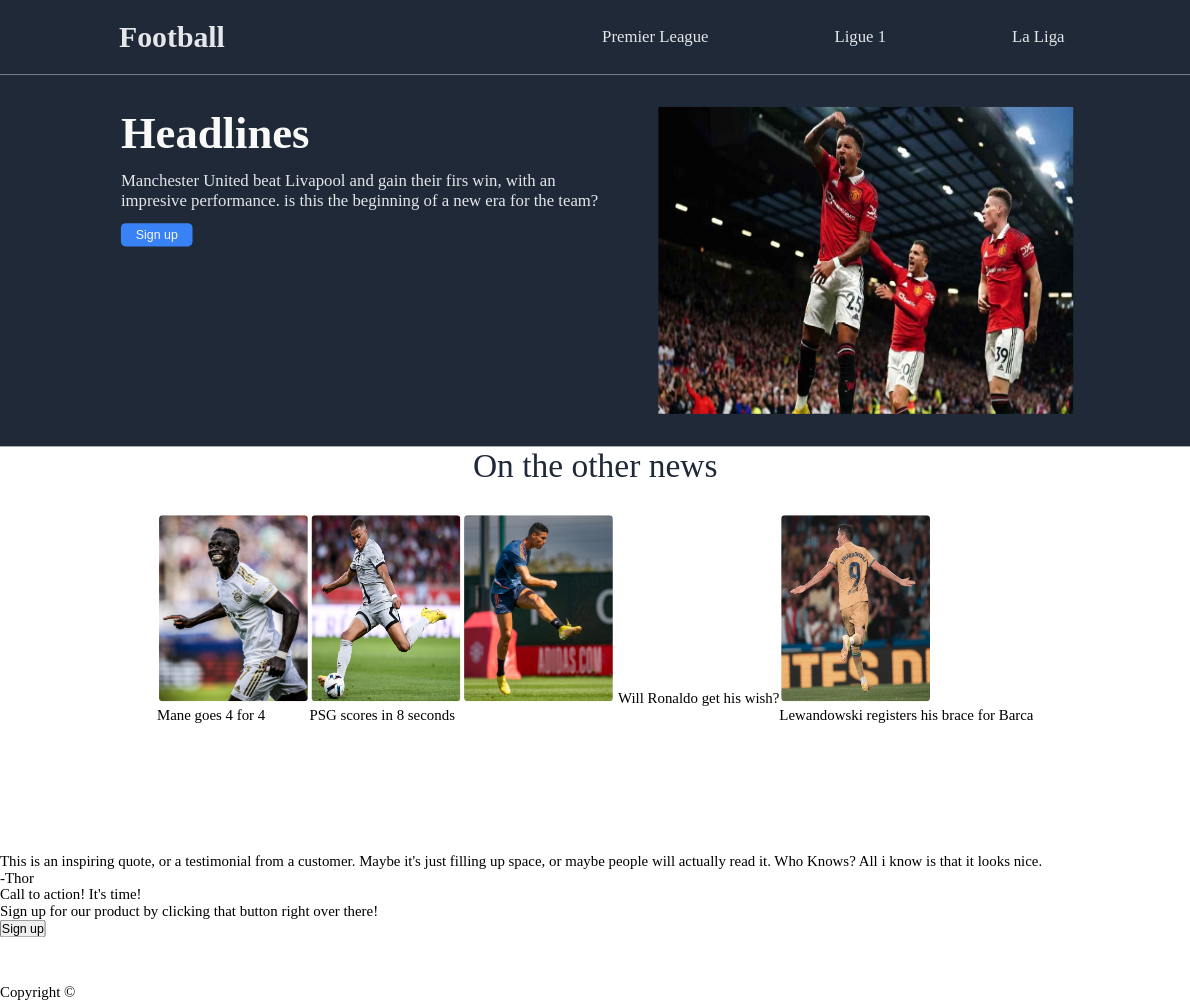
Repository: MhlengiNgubane/Brainnest_CSS
Page: index.html
An editor plug-in stored every save of this project. The page is shown before and after the next save, followed by the edit.
The browser window is 1280 px wide. The pictures show the whole page, at 93% of full size.

Above is the page before, as saved 2022-08-28 00:18:51.

### index.html
<!DOCTYPE html>
<html lang="en">
<head>
    <meta charset="UTF-8">
    <meta http-equiv="X-UA-Compatible" content="IE=edge">
    <meta name="viewport" content="width=device-width, initial-scale=1.0">
    <title>Home</title>

    <link rel="stylesheet" href="./css/style.css">
</head>
<body>
    <header class="logo-links">
        <h1>
            <a href="index.html">Football</a>
        </h1>
        <nav class="links">
            <a href="./pages/link1.html">Premier League</a>
            <a href="./pages/link2.html">Ligue 1</a>
            <a href="./pages/link3.html">La Liga</a>
        </nav>
    </header>
    <section class="hero">
        <aside class="hero-text">
            <h2 class="hero-text-one">Headlines</h2>
            <p class="hero-text-two">
                Manchester United beat Livapool and gain their firs win,
                with an impresive performance.
                is this the beginning of a new era for the team?
            </p>
            <button type="button" class="hero-button">Sign up</button>
        </aside>
        <aside id="hero-img">
            <img
                src="./images/ManU.png"
                alt="Manchester United"
            />
        </aside>
    </section>
    <main>
        <p class="main-header">On the other news</p>
        <section class="images">
            <figure class="main-one">
                <img
                    src="./images/mane.png"
                    alt="Sadio Mane in bundesliga"
                />
                <figcaption>
                    Mane goes 4 for 4
                </figcaption>
            </figure>
            <figure class="main-two">
                <img
                    src="./images/mbappe.png"
                    alt="Kylian Mbappe"
                />
                <figcaption>
                    PSG scores in 8 seconds
                </figcaption>
            </figure>
            <figure class="main-three">
                <img
                    src="./images/ronaldo.png"
                    alt="Cristiano Ronaldo"
                />
                <dfigcaption>
                    Will Ronaldo get his wish?
                </figcaption>
            </figure>
            <figure class="main-four">
                <img
                    src="./images/lewandowski.png"
                    alt="Robert Lewandowski"
                />
                <figcaption>
                    Lewandowski registers his brace for Barca
                </figcaption>
            </figure>
        </section>
        <section>
            <blockquote>
                This is an inspiring quote, or a testimonial from a customer.
                Maybe it's just filling up space, or maybe people will actually
                read it. Who Knows? All i know is that it looks nice.
            </blockquote>
            <p class="quote-text-auth">-Thor</p>
        </section>
        <section class="call-action">
            <p class="call-text-one">Call to action! It's time!</p>
            <p class="call-text-two">Sign up for our product by clicking that button right over there!</p>
            <side class="call-button">
                <button type="button">Sign up</button>
            </side>
        </section>
    </main>
    <footer>
        <p>Copyright ©</p>
    </footer>
</body>
</html>

### css/style.css
* {
    box-sizing: border-box;
    margin: 0;
    padding: 0;
}

header {
    position: fixed;
    left: 0;
    top: 0;
    height: 79.88px;
    width: 100%;
    color: #F9FAF8;
    display: flex;
    justify-content: space-between;
    align-items: center;
    background-color: #1F2937;
}

header h1 {
    display: flex;
    flex: 1;
    align-items: center;
    padding: 0 10%;
}

nav {
    display: flex;
    flex-direction: row;
    justify-content: space-evenly;
    color: #E5E7EB;
    font-size: 18px;
    flex: 3;
}

a {
    text-decoration: none;
    color: #E5E7EB;
}

.hero {
    margin-top: 79.88px;
    display: flex;
    flex-direction: row;
    height: 400px;
    width: 100%;
    background-color: #1F2937;
}

.hero aside {
    flex: 1;
    margin-left: 130px;
    margin-right: 20px;
    margin-top: 35px;
    margin-bottom: 35px;
}
.hero-text-one {
    color: #F9FAF8;
    font-size: 48px;
    margin: 0px;
}
.hero-text-two {
    color: #E5E7EB;
    font-size: 18px;
    margin-top: 14px;
    margin-bottom: 14px;
}
.hero-button {
    background-color: #3882F6;
    border-radius: 5px;
    color: #F9FAF8;
    border:none;
    padding: 5px 16px;
}
#hero-img {
    flex: 1;
    margin-left: 20px;
    margin-right: 35px;
    margin-top: 35px;
    margin-bottom: 45px;
    height: 330px;
    width: 400px;
}
#hero-img img {
    height: 330px;
    width: 446.5px;
}
main {
    margin-bottom: 50px;
}
.main-header {
    color: #1F2937;
    text-align: center;
    font-size: 36px;
}
.images {
    display: flex;
    flex-direction: row;
    justify-content: center;
    height: 350px;
    width: 100%;
    padding-top: 30px;
    padding-bottom: 30px;
    margin-bottom: 45px;
}
figure img {
    height: 200px;
    width: 160px;
    border-radius: 4px;
    margin: 2px
}
figure figcaption {

}

After the next save:
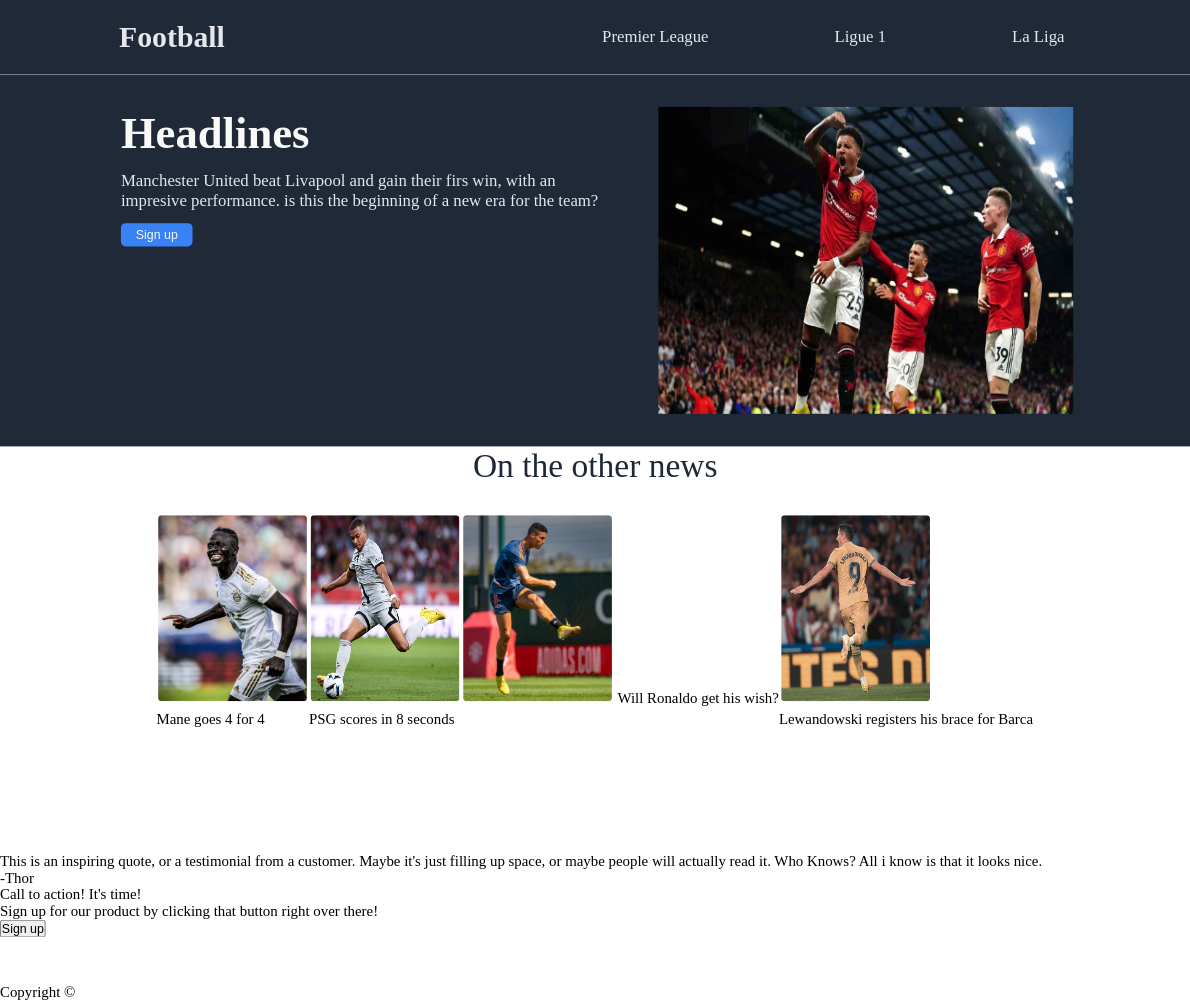
Saved 33 s later.
--- a/css/style.css
+++ b/css/style.css
@@ -110,5 +110,7 @@
     margin: 2px
 }
 figure figcaption {
-
+    margin-top: 5px;
+    margin-bottom: 0px;
+    margin-right: 1px;
 }
